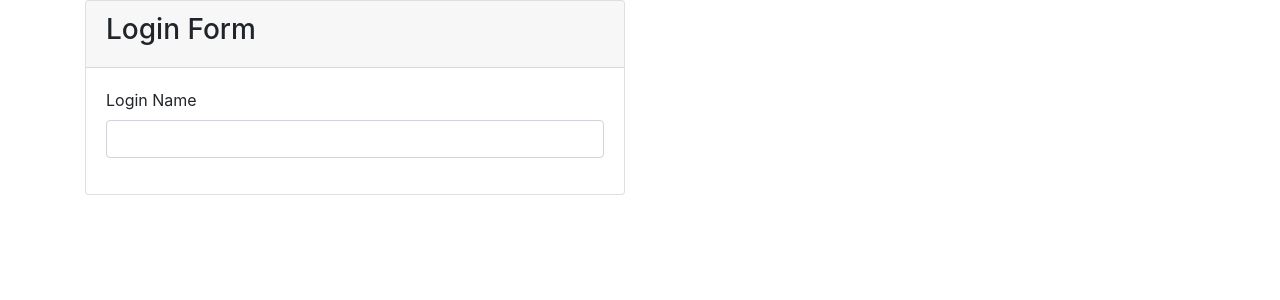
Repository: pyaephyotint22/Maven-Student-Course
Page: http://localhost/02-helloo-servlet/
An editor plug-in stored every save of this project. The page is shown before and after the next save, followed by the edit.
The browser window is 1280 px wide. The pictures show the whole page.
The page is served by Tomcat 9. Other server files are loaded and not shown.

Above is the page before, as saved 2020-12-15 05:42:32.

### 02-helloo-servlet/src/main/webapp/index.jsp
<%@page import="java.time.LocalDate"%>
<%@ page language="java" contentType="text/html; charset=ISO-8859-1"
    pageEncoding="ISO-8859-1"%>
<!DOCTYPE html>
<html>
<head>
<meta charset="ISO-8859-1">
<title>Login</title>
<link href="./common/css/bootstrap.min.css" rel="stylesheet" type="text/css"/>
<script type="text/javascript" src="./common/js/jquery.min.js"></script>
<script type="text/javascript" src="./common/js/bootstrap.min.js"></script>
</head>
<body>
<div class="container">
	<div class="row">
	  <div class="col-6">
	  	 <div class="card">
	        <div class="card-header">
	           <h3>Login Form</h3>
	       </div>
		<div class="card-body">
			<form action="login" class="form">
				<div class="form-group">
				<label for="">Login Name</label>
				<input type="text" name="uname" class="form-control"/>
				</div>
			</form>
		</div>
	</div>

	  </div>
	</div>
</div>
</body>
</html>

Loaded but not shown: 02-helloo-servlet/src/main/webapp/common/css/bootstrap.min.css (library); 02-helloo-servlet/src/main/webapp/common/js/jquery.min.js (library); 02-helloo-servlet/src/main/webapp/common/js/bootstrap.min.js (library)

After the next save:
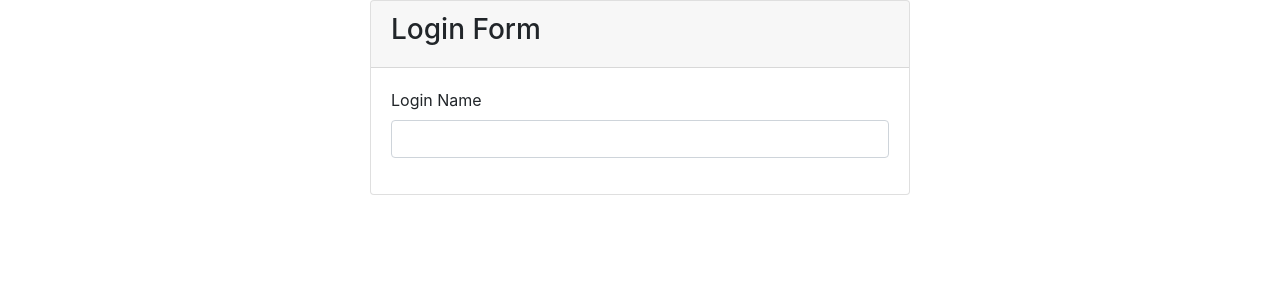
Saved 39 s later.
--- a/02-helloo-servlet/src/main/webapp/index.jsp
+++ b/02-helloo-servlet/src/main/webapp/index.jsp
@@ -13,7 +13,7 @@
 <body>
 <div class="container">
 	<div class="row">
-	  <div class="col-6">
+	  <div class="col-6 offset-3">
 	  	 <div class="card">
 	        <div class="card-header">
 	           <h3>Login Form</h3>
